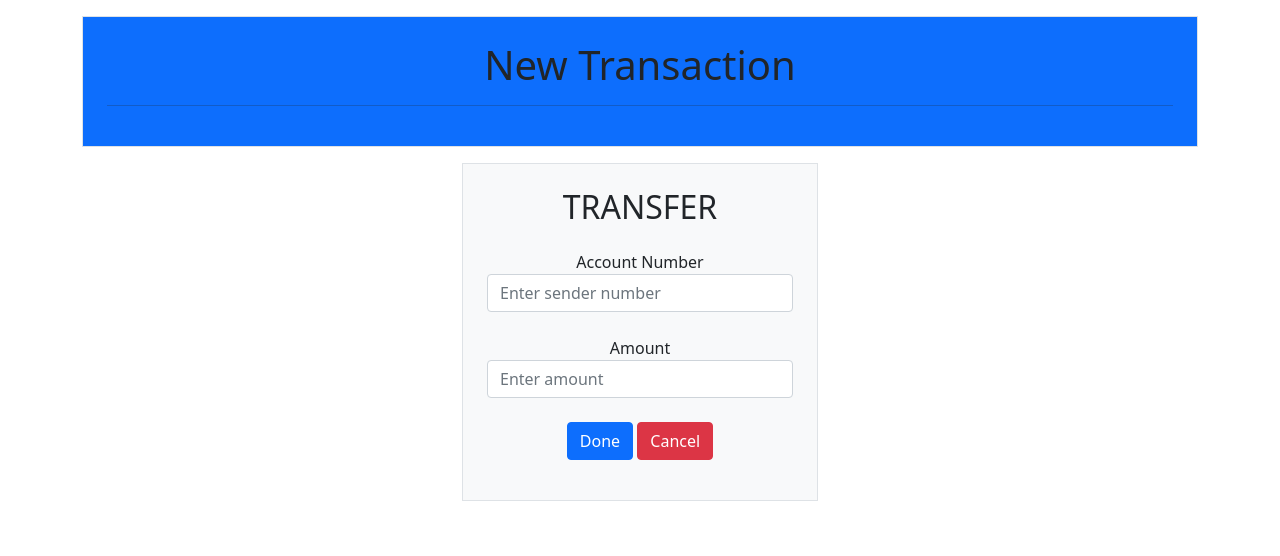
Repository: RMVLajaykumar/monojavaee
Page: http://localhost/13-bankapplication-demo/transaction.jsp
These files come from the project's save history. The page is drawn as it stood at one moment and after the next save; the edit follows.
The browser window is 1280 px wide. The pictures show the whole page.
The page is served by Tomcat 9. Nobody is signed in. The application's start-up code is not run.

Above is the page before, as saved 2024-07-20 19:07:18.

After the next save:
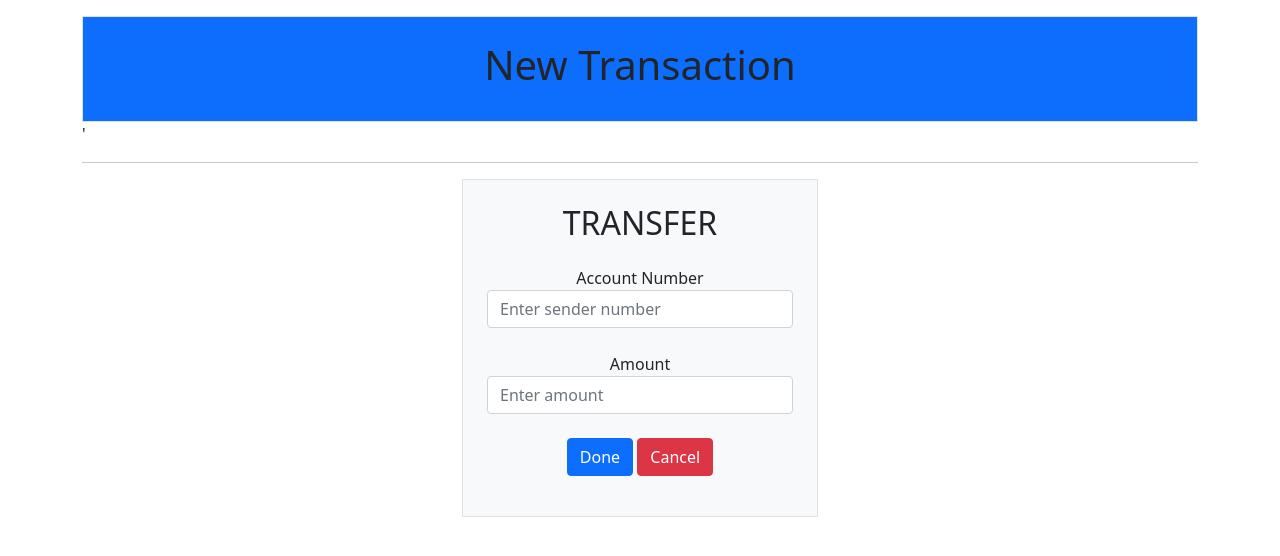
Saved 34 s later.
--- a/13-bankapplication-demo/WebContent/transaction.jsp
+++ b/13-bankapplication-demo/WebContent/transaction.jsp
@@ -19,10 +19,11 @@
         <div class="p-4 border bg-primary text-center">
           <h1>New Transaction</h1>
 
-          <hr/>
+
         </div>
       </div>
-    </div>
+    </div>'
+    <hr />
     <div class="row justify-content-center mt-3">
       <div class="col-lg-4">
         <div class="p-4 border bg-light text-center">
